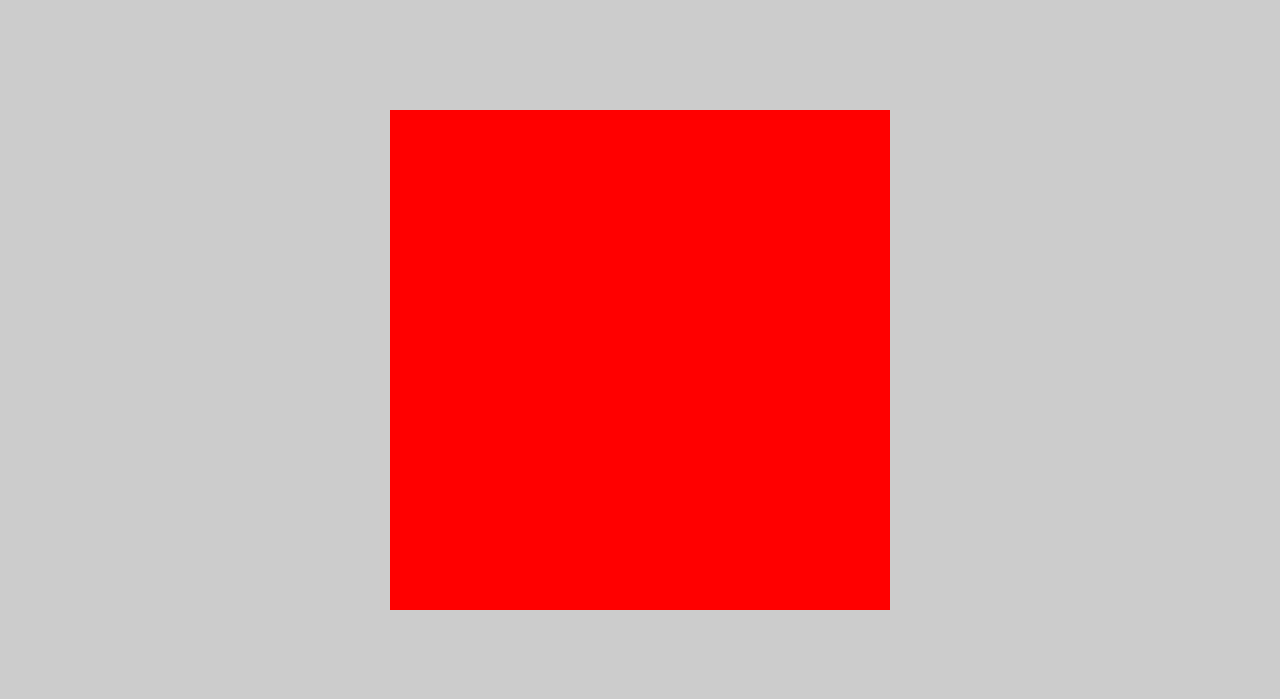
Repository: doducthuan/ReactJS-Movie
Page: /
The author's editor kept a copy of each file at every save. The page is drawn from the files as they stood at one save, then again after the next save.
The browser window is 1280 px wide. The pictures show the whole page.
The project was rebuilt for these pictures with package versions that can differ from the ones it lists, and the page was loaded fresh each time. Also part of the build but not shown: src/App.css.

Above is the page before, as saved 2024-01-13 05:35:14.

### public/index.html
<!DOCTYPE html>
<html lang="en">
  <head>
    <meta charset="utf-8" />
    <link rel="icon" href="%PUBLIC_URL%/avatar_rmbg.png" />
    <meta name="viewport" content="width=device-width, initial-scale=1" />
    <meta name="theme-color" content="#000000" />
    <meta
      name="description"
      content="Web site created using create-react-app"
    />
    <link rel="apple-touch-icon" href="%PUBLIC_URL%/logo192.png" />
    <!--
      manifest.json provides metadata used when your web app is installed on a
      user's mobile device or desktop. See https://developers.google.com/web/fundamentals/web-app-manifest/
    -->
    <link rel="manifest" href="%PUBLIC_URL%/manifest.json" />
    <!--
      Notice the use of %PUBLIC_URL% in the tags above.
      It will be replaced with the URL of the `public` folder during the build.
      Only files inside the `public` folder can be referenced from the HTML.

      Unlike "/favicon.ico" or "favicon.ico", "%PUBLIC_URL%/favicon.ico" will
      work correctly both with client-side routing and a non-root public URL.
      Learn how to configure a non-root public URL by running `npm run build`.
    -->
    <title>Mèo Hen</title>
  </head>
  <body>
    <noscript>You need to enable JavaScript to run this app.</noscript>
    <div id="root"></div>
    <!--
      This HTML file is a template.
      If you open it directly in the browser, you will see an empty page.

      You can add webfonts, meta tags, or analytics to this file.
      The build step will place the bundled scripts into the <body> tag.

      To begin the development, run `npm start` or `yarn start`.
      To create a production bundle, use `npm run build` or `yarn build`.
    -->
  </body>
</html>

### src/App.js
//import SignIn from './components/account/SignIn';
import './App.css';
import Students from './components/students/Students';
//import AdminLayout from './components/shared/AdminLayout';

function App() {
  return (
    <div className="App">
      <Students></Students>
    </div>
  );
}

export default App;

### src/components/students/Students.js
import React from 'react';
import './styles.css';
const Students = () => {
    return (
        <div className="full-view">
            <div className="border-data">

            </div>
        </div>
    );
};

export default Students;

### src/components/students/styles.css
.full-view{
    display: flex;
    justify-content: center;
    align-items: center;
    height: 100vh;
    background-color: #ccc;
}
.border-data{
    width: 500px;
    height: 500px;
    background-color: red;
}

Loaded but not shown: src/index.js (common file); src/index.css (common file); src/reportWebVitals.js (common file); tailwind.config.js (common file)

After the next save:
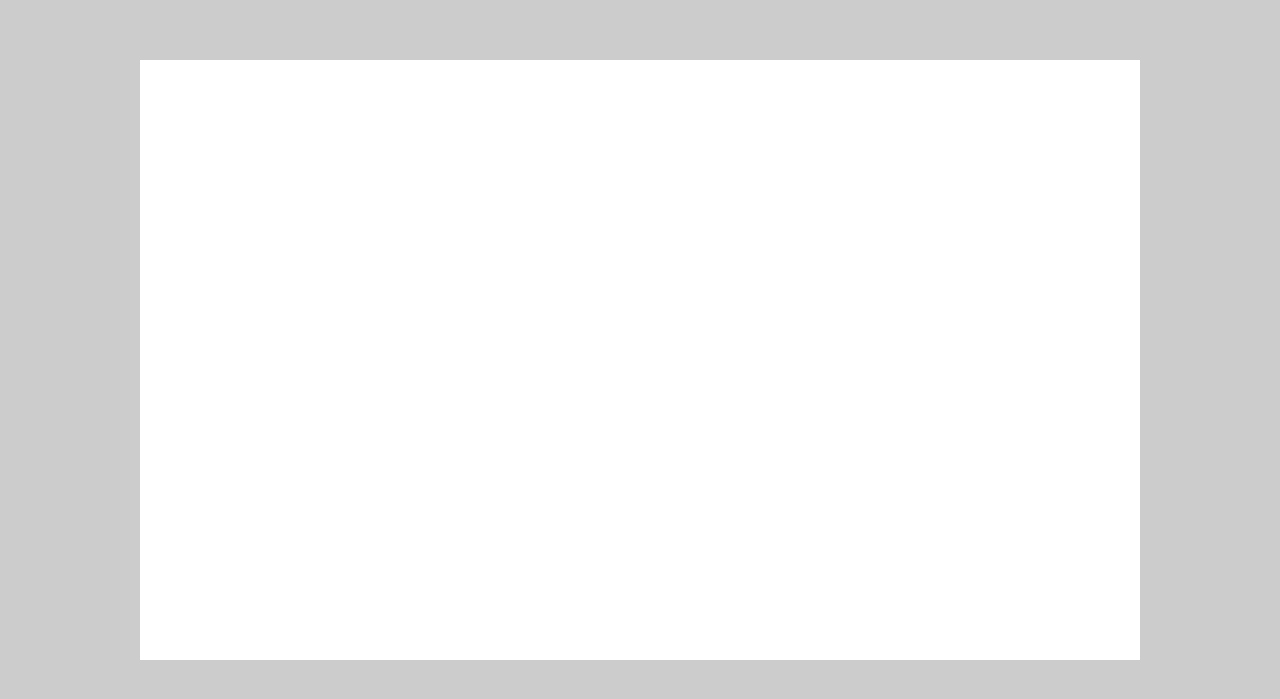
Saved 84 s later.
--- a/src/components/students/styles.css
+++ b/src/components/students/styles.css
@@ -6,7 +6,7 @@
     background-color: #ccc;
 }
 .border-data{
-    width: 500px;
-    height: 500px;
-    background-color: red;
+    width: 1000px;
+    height: 600px;
+    background-color: #fff;
 }
